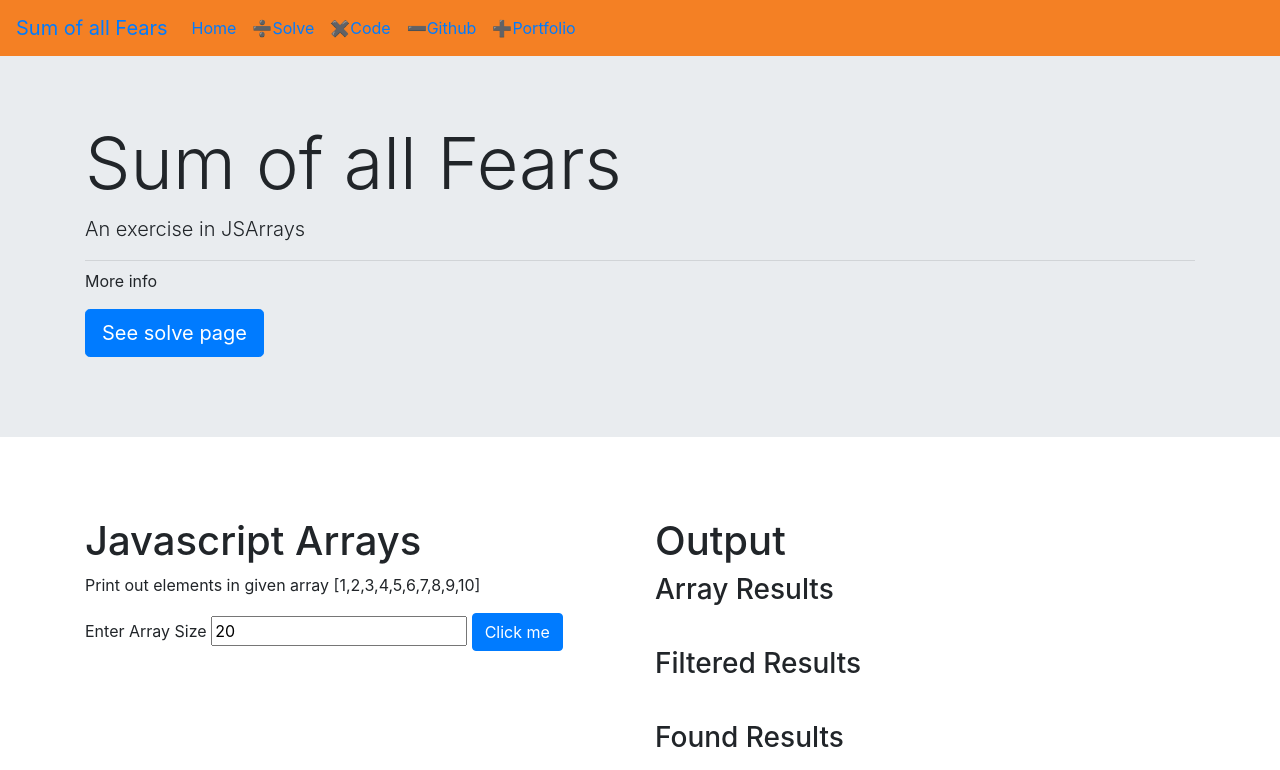
Repository: zhadjah9559/BrainBufferOverflow
Page: index.html
The author's editor kept a copy of each file at every save. The page is drawn from the files as they stood at one save, then again after the next save.
The browser window is 1280 px wide. The pictures show the whole page.

Above is the page before, as saved 2021-01-18 00:48:27.
Console error: TypeError: Cannot read properties of null (reading 'addEventListener')

### index.html
<!doctype html>
<html lang="en">
  <head>
    <title>Javascript Arrays</title>
    <!-- Required meta tags -->
    <meta charset="utf-8">
    <meta name="viewport" content="width=device-width, initial-scale=1, shrink-to-fit=no">

    <!-- Bootstrap CSS -->
    <link rel="stylesheet" href="https://stackpath.bootstrapcdn.com/bootstrap/4.3.1/css/bootstrap.min.css" integrity="sha384-ggOyR0iXCbMQv3Xipma34MD+dH/1fQ784/j6cY/iJTQUOhcWr7x9JvoRxT2MZw1T" crossorigin="anonymous">
    <link rel="stylesheet" href="css/site.css">
  </head>
  <body>

    <nav class="navbar navbar-expand-sm" style="background-color: #F48024;">
        <a class="navbar-brand" href="#">Sum of all Fears</a>
        <button class="navbar-toggler d-lg-none" type="button" data-toggle="collapse" data-target="#collapsibleNavId" aria-controls="collapsibleNavId"
            aria-expanded="false" aria-label="Toggle navigation"></button>
        <div class="collapse navbar-collapse" id="collapsibleNavId">
            <ul class="navbar-nav mr-auto mt-2 mt-lg-0">
                <li class="nav-item active">
                    <a class="nav-link" href="index.html">Home <span class="sr-only">(current)</span></a>
                </li>
                <li class="nav-item">
                    <a class="nav-link" href="solve.html">➗Solve</a>
                </li>
                 <li class="nav-item">
                    <a class="nav-link" href="code.html">✖Code</a>
                </li> <li class="nav-item">
                    <a class="nav-link" href="#">➖Github</a>
                </li>
                <li class="nav-item">
                    <a class="nav-link" href="#">➕Portfolio</a>
                </li>
            </ul>
        </div>
    </nav>

    <header class="jumbotron jumbotron-fluid">
        <div class="container hero">
            <div>
                <h1 class="display-3">Sum of all Fears</h1>
                <p class="lead">An exercise in JSArrays</p>
                <hr class="my-2">
                <p>More info</p>
                    <a class="btn btn-primary btn-lg" href="solve.html" role="button">See solve page</a>
                </p>
            </div>
        </div>
    </header>
    <main class="container pt-5">
        <div class="row">
            <!---md is a bootstrap shortcut media query that stacks things ontop of eachother vertically on mobile-->
            <div class="col-md">
                <h1>Javascript Arrays</h1>
                <p>Print out elements in given array [1,2,3,4,5,6,7,8,9,10]</p>
                <label for="arraysize"> Enter Array Size</label>
                <input id="arraySize" type="number" value="20">
                <button id="btnSubmit" class="btn btn-primary">Click me</button>
            </div>
            <div class="col-md">
                <h1>Output</h1>
                <h3>Array Results</h3>
                <p id="results"> </p>
                <br>
                <h3> Filtered Results</h3>
                <p id="results2"></p>
                <br>
                <h3> Found Results</h3>
                <p id="results3"></p>
            </div>
        </div>
    </main>

    <!-- Optional JavaScript -->
    <!-- jQuery first, then Popper.js, then Bootstrap JS -->
    <script src="https://code.jquery.com/jquery-3.3.1.slim.min.js" integrity="sha384-q8i/X+965DzO0rT7abK41JStQIAqVgRVzpbzo5smXKp4YfRvH+8abtTE1Pi6jizo" crossorigin="anonymous"></script>
    <script src="https://cdnjs.cloudflare.com/ajax/libs/popper.js/1.14.7/umd/popper.min.js" integrity="sha384-UO2eT0CpHqdSJQ6hJty5KVphtPhzWj9WO1clHTMGa3JDZwrnQq4sF86dIHNDz0W1" crossorigin="anonymous"></script>
    <script src="https://stackpath.bootstrapcdn.com/bootstrap/4.3.1/js/bootstrap.min.js" integrity="sha384-JjSmVgyd0p3pXB1rRibZUAYoIIy6OrQ6VrjIEaFf/nJGzIxFDsf4x0xIM+B07jRM" crossorigin="anonymous"></script>
    <script src="js/site.js"></script>
  </body>
</html>

### js/site.js
    // document.getElementById("btnSubmit").addEventListener("click", doJsWork)

    // hardCodedArray = [10, 15, 3, 7];
    // let numk = parseInt(document.getElementById("kInput").value)
    // let found = false;

    // //Regular program that is working without extra credit
    // function doJsWork(){
    //     for(let i = 0; i = hardCodedArray.length -1; i++){
    //         for (let j = 1; j < hardCodedArray.length; j++) {
    //             if( hardCodedArray[i] + hardCodedArray[j] == numK ){
    //                 output.innerText = `Your number was found! ${hardCodedArray[i]} + ${hardCodedArray[j]} = ${numK}`
    //                 found = true;
    //                 break;
    //             }
    //         }
    //     }
    //     if(!found){
    //         output.innerText = `Your number was not found!`
    //     }
    // }

    //-----------------------------------------------------------------------------------
    //Extra credit
    let numK = document.getElementById("kInput");
    let results = document.getElementById("output");
    let userArray = []
    let ARRAY_SIZE = 4
    document.getElementById("submitBtn").addEventListener("click", evaluateUserInput);
    /*
    Eaiser way to take input
    */



    function evaluateUserInput(){
               //initialize the user inputs using a for loops
               for (let i = 0; i < ARRAY_SIZE; i++) {
                userArray[i] = document.getElementById(`${arrayInput[i]}`)
            }

            for(let i = 0; i = userArray.length -1; i++){
                for (let j = 1; j < userArray.length; j++) {
                    if( userArray[i] + userArray[j] == numK ){
                        output.innerText = `Your number was found! ${userArray[i]} + ${userArray[j]} = ${numK}`
                        found = true;
                        break;
                    }
                }
            }
            if(!found){
                output.innerText = `Your number was not found!`
            }
    }


    //generate array of length that will contain 20 elements
    //those 20 elements will all be random numbers
    // function generateArray() {
    //     let ARRAY_LENGTH = 20                                   //parseInt(document.getElementById("arrayNum").value);
    //     let randomArray = []
    //     for (let i = 0; i < ARRAY_LENGTH; i++) {
    //         randomArray.push(Math.floor(Math.random() * 100) + 1)
    //     }
    //     return randomArray;
    // }

Loaded but not shown: css/site.css (no copy from this time; the picture is the same without it)

After the next save:
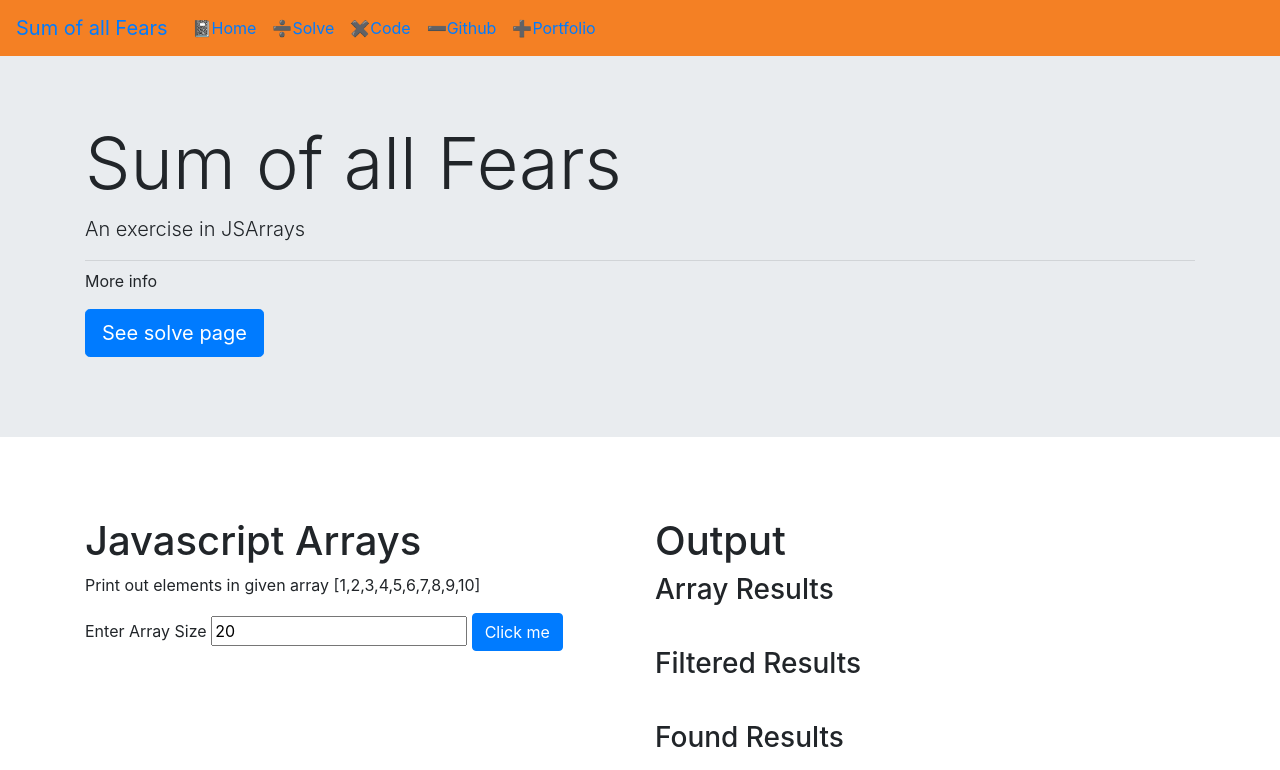
Saved 2 min 42 s later.
--- a/index.html
+++ b/index.html
@@ -19,7 +19,7 @@
         <div class="collapse navbar-collapse" id="collapsibleNavId">
             <ul class="navbar-nav mr-auto mt-2 mt-lg-0">
                 <li class="nav-item active">
-                    <a class="nav-link" href="index.html">Home <span class="sr-only">(current)</span></a>
+                    <a class="nav-link" href="index.html">📓Home <span class="sr-only">(current)</span></a>
                 </li>
                 <li class="nav-item">
                     <a class="nav-link" href="solve.html">➗Solve</a>
